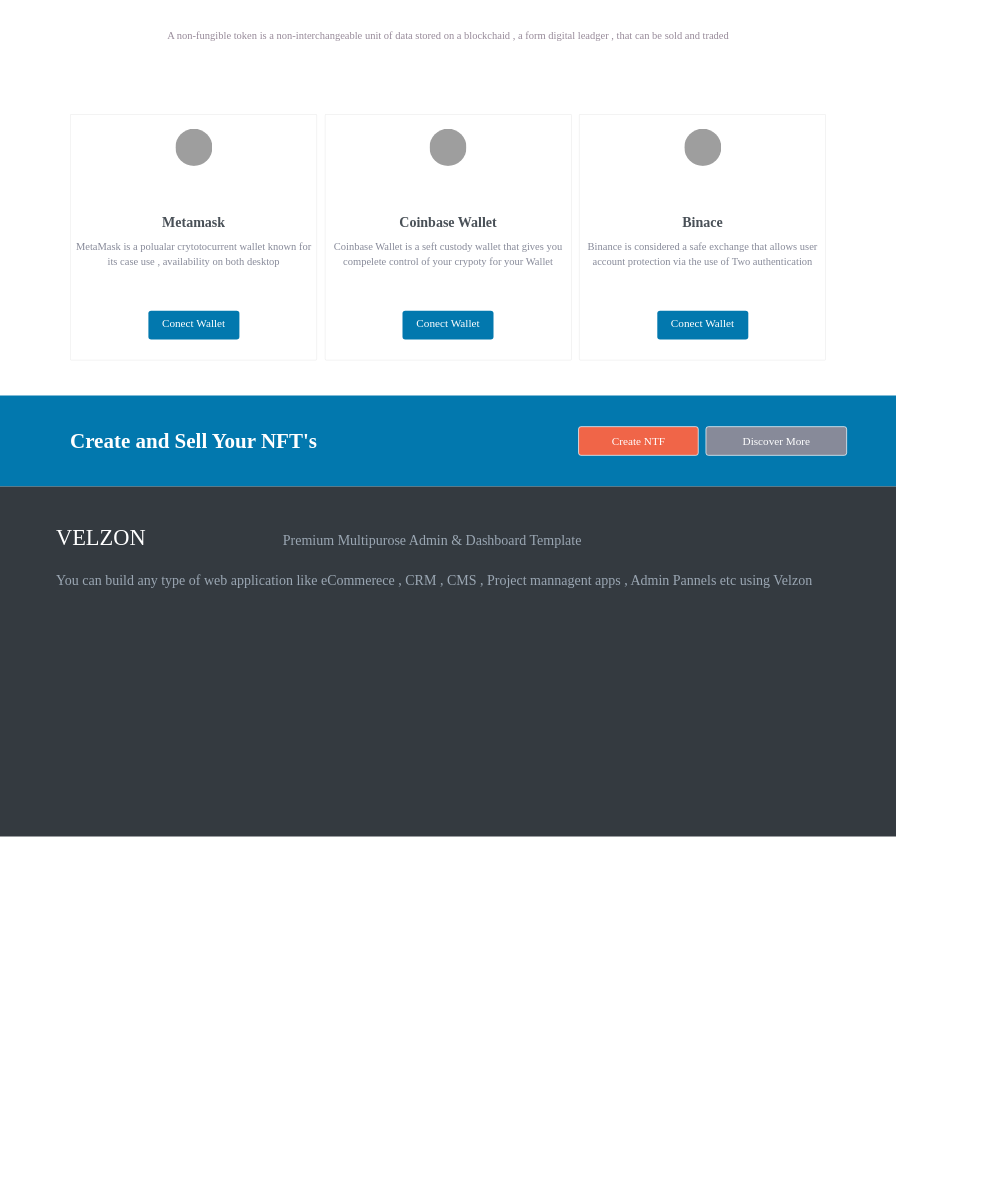
Repository: HuynhDuc23/Webvideodesgin
Page: index.html
The author's editor kept a copy of each file at every save. The page is drawn from the files as they stood at one save, then again after the next save.
The browser window is 1280 px wide. The page is 1440 px wide, so the pictures cover 1440 px, including what lies to the right of the window. The pictures show the part of the page from y = 890 to 2610 px (the page is 5520 px tall), at 70% of full size.
Pictures or frames that could not be fetched are drawn as grey boxes. The style sheet was rebuilt from its Sass, Less or Tailwind sources for each picture, by a compiler version that may differ from the author's.

Above is the page before, as saved 2023-04-26 10:19:51.

After the next save:
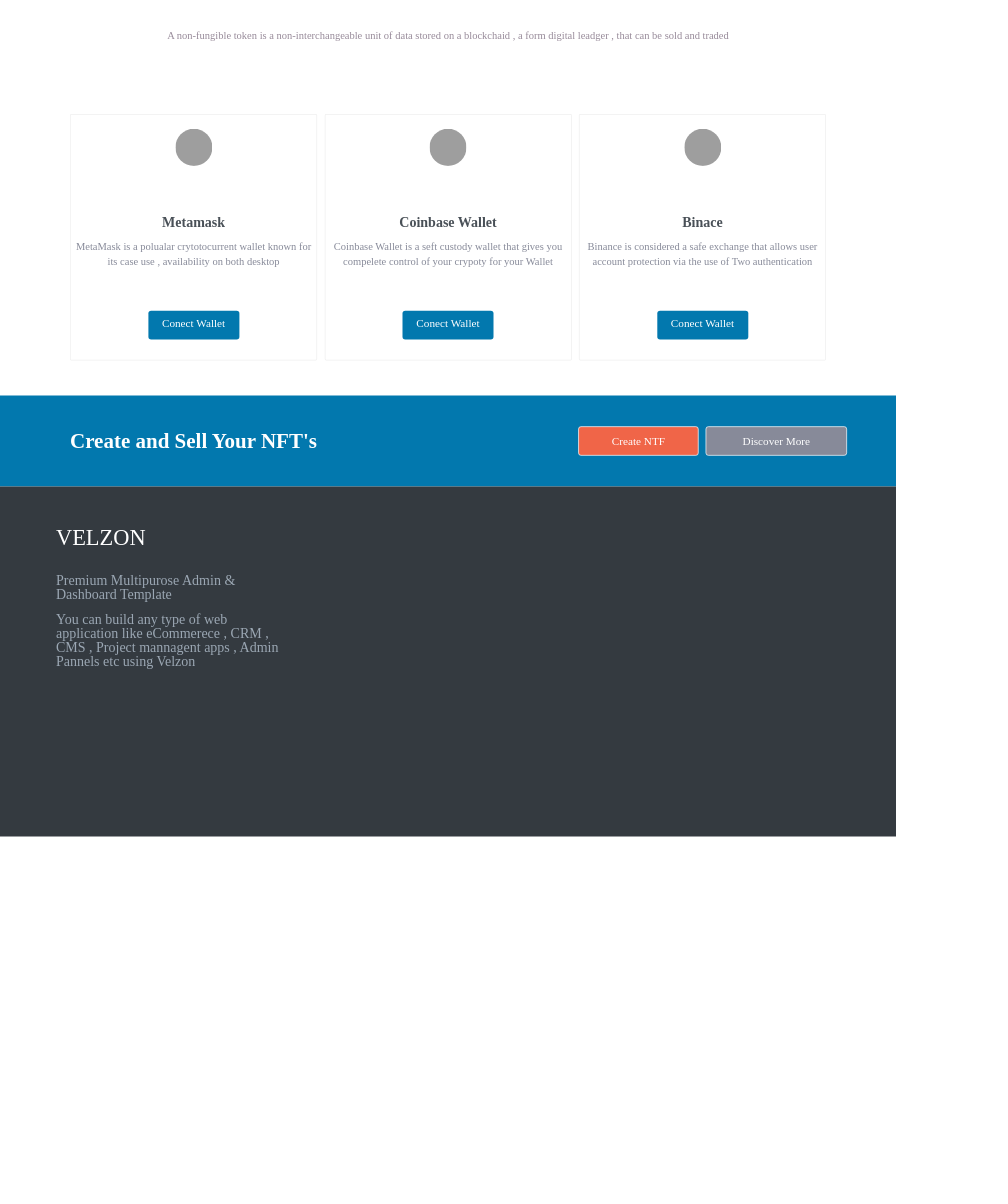
Saved 18 s later.
--- a/style.scss
+++ b/style.scss
@@ -353,8 +353,8 @@
     height: 280px;
     padding: 50px 80px 0px;
     .final__left {
+        width: 25%;
         .title {
-            width: 25%;
             padding-bottom: 30px;
             font-size: xx-large;
             color: white;
